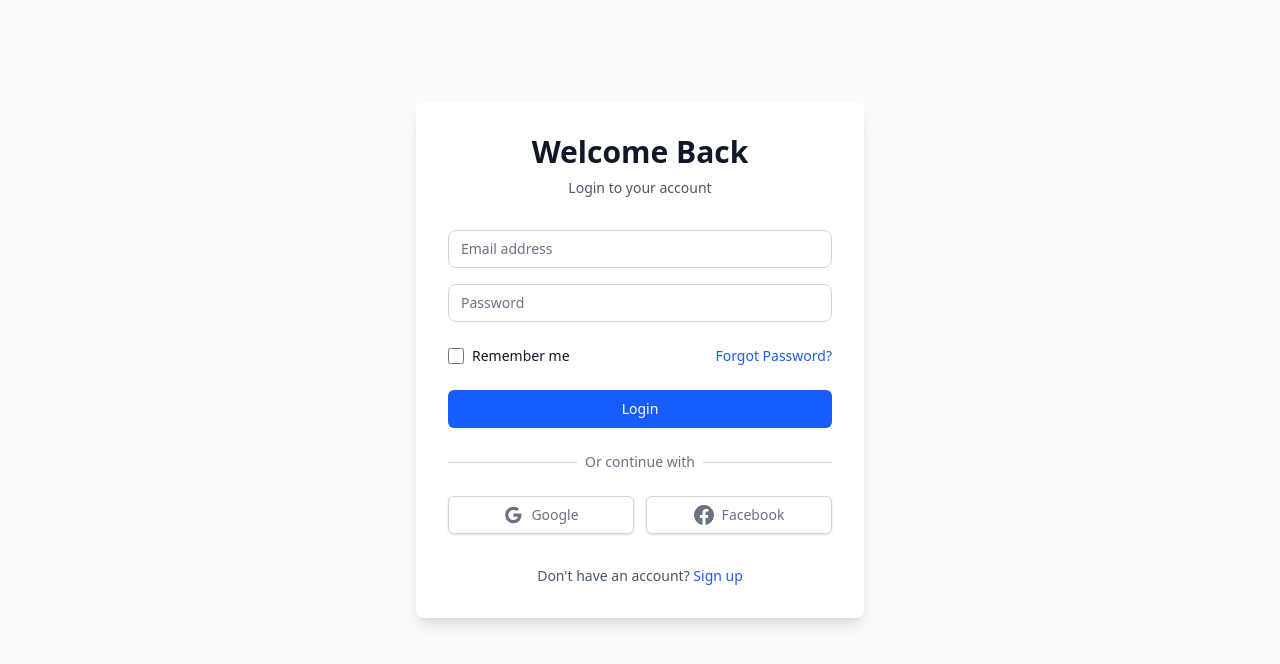
Repository: iamsirajacharya/FYP_Photographer_Booking_system
Page: /login (app in FrontEnd/)
These files come from the project's save history. The page is drawn as it stood at one moment and after the next save; the edit follows.
The browser window is 1280 px wide. The pictures show the whole page.
The project was rebuilt for these pictures with package versions that can differ from the ones it lists, and the page was loaded fresh each time. Also part of the build but not shown: FrontEnd/src/components/Authentication/Register.jsx, FrontEnd/src/components/Dashboard/Banner.jsx, FrontEnd/src/components/Dashboard/Navbar.jsx, FrontEnd/src/components/Dashboard/Home.jsx.

Above is the page before, as saved 2025-02-22 22:59:17.

### FrontEnd/index.html
<!DOCTYPE html>
<html lang="en">
  <head>
    <meta charset="UTF-8" />
    <link rel="icon" type="image/svg+xml" href="/vite.svg" />
    <meta name="viewport" content="width=device-width, initial-scale=1.0" />
    <title>Vite + React</title>
    <link href="/src/index.css" rel="stylesheet" />
  </head>
  <body>
    <div id="root"></div>
    <script type="module" src="/src/main.jsx"></script>
  </body>
</html>

### FrontEnd/src/main.jsx
import React from "react";
import { StrictMode } from "react";
import { createRoot } from "react-dom/client";
import "./index.css";
import App from "./App.jsx";
import { BrowserRouter } from "react-router";

createRoot(document.getElementById("root")).render(
  <BrowserRouter>
    <App />
  </BrowserRouter>
);

### FrontEnd/src/App.jsx
import React from "react";
import { Routes, Route } from "react-router";
import Register from "../src/components/Authentication/Register";
import Home from "../src/components/Dashboard/Home";
import Login from "../src/components/Authentication/Login";

function App() {
  return (
    <Routes>
      <Route path="/" element={<Home />} />
      <Route path="/register" element={<Register />} />
      <Route path="/login" element={<Login />} />
    </Routes>
  );
}

export default App;

### FrontEnd/src/components/Authentication/Login.jsx
import React, { useState } from "react";
import { Link, useNavigate } from "react-router-dom";

const Login = () => {
  const navigate = useNavigate();
  const [formData, setFormData] = useState({
    email: "",
    password: "",
    rememberMe: false,
  });
  const [errors, setErrors] = useState({});
  const [isLoading, setIsLoading] = useState(false);

  const validateForm = () => {
    const newErrors = {};

    // Email validation
    if (!formData.email) {
      newErrors.email = "Email is required";
    } else if (!/\S+@\S+\.\S+/.test(formData.email)) {
      newErrors.email = "Please enter a valid email";
    }

    // Password validation
    if (!formData.password) {
      newErrors.password = "Password is required";
    } else if (formData.password.length < 6) {
      newErrors.password = "Password must be at least 6 characters";
    }

    setErrors(newErrors);
    return Object.keys(newErrors).length === 0;
  };

  const handleChange = (e) => {
    const { name, value, type, checked } = e.target;
    setFormData((prev) => ({
      ...prev,
      [name]: type === "checkbox" ? checked : value,
    }));
    // Clear error when user starts typing
    if (errors[name]) {
      setErrors((prev) => ({
        ...prev,
        [name]: "",
      }));
    }
  };

  const handleSubmit = async (e) => {
    e.preventDefault();

    if (!validateForm()) {
      return;
    }

    setIsLoading(true);
    try {
      // Simulate API call
      await new Promise((resolve) => setTimeout(resolve, 1000));

      // Handle successful login
      console.log("Login successful");
      navigate("/dashboard");
    } catch (error) {
      setErrors({
        submit: "Failed to login. Please try again.",
      });
    } finally {
      setIsLoading(false);
    }
  };

  const handleSocialLogin = (provider) => {
    console.log(`Logging in with ${provider}`);
    // Implement social login logic here
  };

  return (
    <div className="min-h-screen flex items-center justify-center bg-gray-50 py-12 px-4 sm:px-6 lg:px-8">
      <div className="max-w-md w-full space-y-8 bg-white p-8 rounded-lg shadow-lg">
        <div className="text-center">
          <h2 className="text-3xl font-bold text-gray-900">Welcome Back</h2>
          <p className="mt-2 text-sm text-gray-600">Login to your account</p>
        </div>

        <form className="mt-8 space-y-6" onSubmit={handleSubmit}>
          <div className="space-y-4">
            <div>
              <label htmlFor="email" className="sr-only">
                Email address
              </label>
              <div className="relative">
                <input
                  id="email"
                  name="email"
                  type="email"
                  value={formData.email}
                  onChange={handleChange}
                  className={`appearance-none rounded-lg relative block w-full px-3 py-2 border ${
                    errors.email ? "border-red-500" : "border-gray-300"
                  } placeholder-gray-500 text-gray-900 focus:outline-none focus:ring-blue-500 focus:border-blue-500 focus:z-10 sm:text-sm`}
                  placeholder="Email address"
                />
                {errors.email && (
                  <p className="mt-1 text-xs text-red-500">{errors.email}</p>
                )}
              </div>
            </div>

            <div>
              <label htmlFor="password" className="sr-only">
                Password
              </label>
              <div className="relative">
                <input
                  id="password"
                  name="password"
                  type="password"
                  value={formData.password}
                  onChange={handleChange}
                  className={`appearance-none rounded-lg relative block w-full px-3 py-2 border ${
                    errors.password ? "border-red-500" : "border-gray-300"
                  } placeholder-gray-500 text-gray-900 focus:outline-none focus:ring-blue-500 focus:border-blue-500 focus:z-10 sm:text-sm`}
                  placeholder="Password"
                />
                {errors.password && (
                  <p className="mt-1 text-xs text-red-500">{errors.password}</p>
                )}
              </div>
            </div>
          </div>

          <div className="flex items-center justify-between">
            <div className="flex items-center">
              <input
                id="remember-me"
                name="rememberMe"
                type="checkbox"
                checked={formData.rememberMe}
                onChange={handleChange}
                className="h-4 w-4 text-blue-600 focus:ring-blue-500 border-gray-300 rounded"
              />
              <label
                htmlFor="remember-me"
                className="ml-2 block text-sm text-gray-900"
              >
                Remember me
              </label>
            </div>

            <div className="text-sm">
              <Link
                to="/forgot-password"
                className="font-medium text-blue-600 hover:text-blue-500"
              >
                Forgot Password?
              </Link>
            </div>
          </div>

          {errors.submit && (
            <p className="text-sm text-center text-red-500">{errors.submit}</p>
          )}

          <button
            type="submit"
            disabled={isLoading}
            className="group relative w-full flex justify-center py-2 px-4 border border-transparent text-sm font-medium rounded-md text-white bg-blue-600 hover:bg-blue-700 focus:outline-none focus:ring-2 focus:ring-offset-2 focus:ring-blue-500 disabled:opacity-50"
          >
            {isLoading ? (
              <span className="flex items-center">
                <svg
                  className="animate-spin -ml-1 mr-3 h-5 w-5 text-white"
                  xmlns="http://www.w3.org/2000/svg"
                  fill="none"
                  viewBox="0 0 24 24"
                >
                  <circle
                    className="opacity-25"
                    cx="12"
                    cy="12"
                    r="10"
                    stroke="currentColor"
                    strokeWidth="4"
                  ></circle>
                  <path
                    className="opacity-75"
                    fill="currentColor"
                    d="M4 12a8 8 0 018-8V0C5.373 0 0 5.373 0 12h4zm2 5.291A7.962 7.962 0 014 12H0c0 3.042 1.135 5.824 3 7.938l3-2.647z"
                  ></path>
                </svg>
                Loading...
              </span>
            ) : (
              "Login"
            )}
          </button>

          <div className="mt-6">
            <div className="relative">
              <div className="absolute inset-0 flex items-center">
                <div className="w-full border-t border-gray-300"></div>
              </div>
              <div className="relative flex justify-center text-sm">
                <span className="px-2 bg-white text-gray-500">
                  Or continue with
                </span>
              </div>
            </div>

            <div className="mt-6 grid grid-cols-2 gap-3">
              <button
                type="button"
                onClick={() => handleSocialLogin("Google")}
                className="w-full inline-flex justify-center py-2 px-4 border border-gray-300 rounded-md shadow-sm bg-white text-sm font-medium text-gray-500 hover:bg-gray-50"
              >
                <svg className="w-5 h-5" viewBox="0 0 24 24">
                  <path
                    fill="currentColor"
                    d="M12.545,10.239v3.821h5.445c-0.712,2.315-2.647,3.972-5.445,3.972c-3.332,0-6.033-2.701-6.033-6.032s2.701-6.032,6.033-6.032c1.498,0,2.866,0.549,3.921,1.453l2.814-2.814C17.503,2.988,15.139,2,12.545,2C7.021,2,2.543,6.477,2.543,12s4.478,10,10.002,10c8.396,0,10.249-7.85,9.426-11.748L12.545,10.239z"
                  />
                </svg>
                <span className="ml-2">Google</span>
              </button>

              <button
                type="button"
                onClick={() => handleSocialLogin("Facebook")}
                className="w-full inline-flex justify-center py-2 px-4 border border-gray-300 rounded-md shadow-sm bg-white text-sm font-medium text-gray-500 hover:bg-gray-50"
              >
                <svg
                  className="w-5 h-5"
                  fill="currentColor"
                  viewBox="0 0 24 24"
                >
                  <path d="M24 12.073c0-6.627-5.373-12-12-12s-12 5.373-12 12c0 5.99 4.388 10.954 10.125 11.854v-8.385H7.078v-3.47h3.047V9.43c0-3.007 1.792-4.669 4.533-4.669 1.312 0 2.686.235 2.686.235v2.953H15.83c-1.491 0-1.956.925-1.956 1.874v2.25h3.328l-.532 3.47h-2.796v8.385C19.612 23.027 24 18.062 24 12.073z" />
                </svg>
                <span className="ml-2">Facebook</span>
              </button>
            </div>
          </div>
        </form>

        <p className="mt-8 text-center text-sm text-gray-600">
          Don't have an account?{" "}
          <Link
            to="/signup"
            className="font-medium text-blue-600 hover:text-blue-500"
          >
            Sign up
          </Link>
        </p>
      </div>
    </div>
  );
};

export default Login;

Loaded but not shown: FrontEnd/src/index.css (common file)

After the next save:
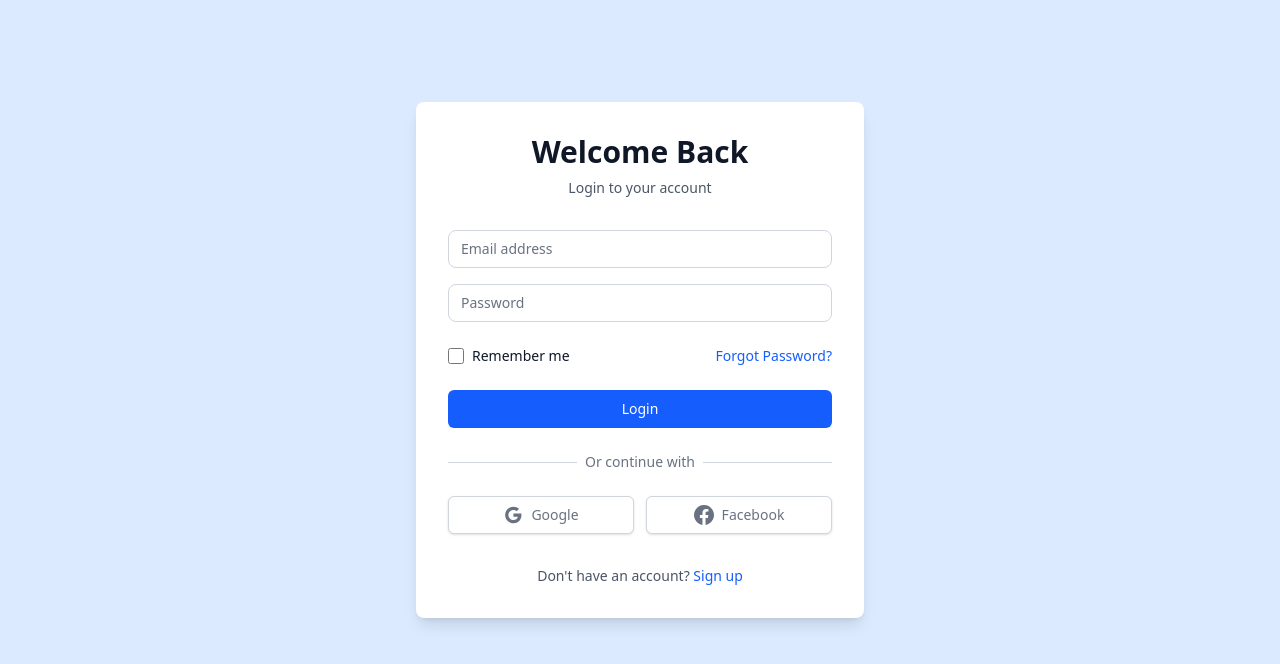
Saved 15 min 29 s later.
--- a/FrontEnd/src/components/Authentication/Login.jsx
+++ b/FrontEnd/src/components/Authentication/Login.jsx
@@ -77,7 +77,7 @@ const Login = () => {
   };
 
   return (
-    <div className="min-h-screen flex items-center justify-center bg-gray-50 py-12 px-4 sm:px-6 lg:px-8">
+    <div className="min-h-screen flex items-center justify-center bg-blue-100 py-12 px-4 sm:px-6 lg:px-8">
       <div className="max-w-md w-full space-y-8 bg-white p-8 rounded-lg shadow-lg">
         <div className="text-center">
           <h2 className="text-3xl font-bold text-gray-900">Welcome Back</h2>
